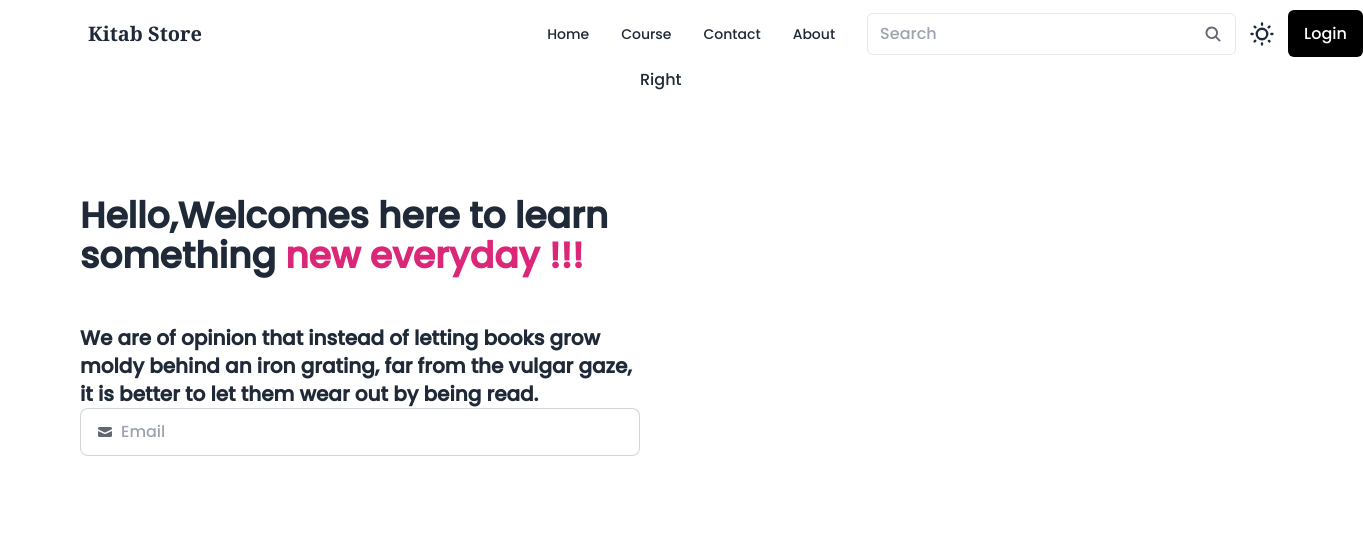
Repository: diensy/Kitab.com
Page: / (app in Frontend/)
The author's editor kept a copy of each file at every save. The page is drawn from the files as they stood at one save, then again after a run of saves.
The browser window is 1280 px wide. The page is 1363 px wide, so the pictures cover 1363 px, including what lies to the right of the window. The pictures show the whole page.
The project was rebuilt for these pictures with package versions that can differ from the ones it lists, and the page was loaded fresh each time. Also part of the build but not shown: Frontend/vite.config.js.

Above is the page before, as saved 2024-07-28 23:32:04.

### Frontend/src/App.jsx
import React from 'react'
import Navbar from './Components/Navbar'
import Banners from './Components/Banner'
const App = () => {
  return (
    <>
    <Navbar/>
    <Banners/>
    </>
  )
}

export default App

### Frontend/src/index.css
@import url("https://fonts.googleapis.com/css2?family=Fredoka:wght@300..700&family=Montserrat:ital,wght@0,100..900;1,100..900&family=Poppins:wght@500&display=swap");
@tailwind base;
@tailwind components;
@tailwind utilities;

body {
  font-family: "Poppins", sans-serif;
}

### Frontend/src/Components/Navbar.jsx
import React from "react";

const Navbar = () => {
  const navItems = (
    <>
      <li>
        <a>Home</a>
      </li>
      <li>
        <a>Course</a>
      </li>
      <li>
        <a>Contact</a>
      </li>
      <li>
        <a>About</a>
      </li>
    </>
  );
  return (
    <>
      <div className="max-w-screen-2xl container mx-auto md:px-20 px-4">
        <div className="navbar bg-base-100">
          <div className="navbar-start">
            <div className="dropdown">
              <div
                tabIndex={0}
                role="button"
                className="btn btn-ghost lg:hidden"
              >
                <svg
                  xmlns="http://www.w3.org/2000/svg"
                  className="h-5 w-5"
                  fill="none"
                  viewBox="0 0 24 24"
                  stroke="currentColor"
                >
                  <path
                    strokeLinecap="round"
                    strokeLinejoin="round"
                    strokeWidth="2"
                    d="M4 6h16M4 12h8m-8 6h16"
                  />
                </svg>
              </div>
              <ul
                tabIndex={0}
                className="menu menu-sm dropdown-content bg-base-100 rounded-box z-[1] mt-3 w-52 p-2 shadow"
              >
                {navItems}
              </ul>
            </div>
            <a className="text-xl font-bold cursor-pointer font-serif">
              Kitab Store
            </a>
          </div>
          <div className="nav-end space-x-3">
            <div className="navbar-center hidden lg:flex ">
              <ul className="menu menu-horizontal px-1">{navItems}</ul>
            </div>
            <div className="hidden md:block">
              <label className="flex items-center gap-2 border outline-none px-3 py-2 rounded-md">
                <input type="text" className="grow" placeholder="Search" />
                <svg
                  xmlns="http://www.w3.org/2000/svg"
                  viewBox="0 0 16 16"
                  fill="currentColor"
                  className="h-5 w-5 opacity-70"
                >
                  <path
                    fillRule="evenodd"
                    d="M9.965 11.026a5 5 0 1 1 1.06-1.06l2.755 2.754a.75.75 0 1 1-1.06 1.06l-2.755-2.754ZM10.5 7a3.5 3.5 0 1 1-7 0 3.5 3.5 0 0 1 7 0Z"
                    clipRule="evenodd"
                  />
                </svg>
              </label>
            </div>
            <label className="swap swap-rotate">
              {/* this hidden checkbox controls the state */}
              <input
                type="checkbox"
                className="theme-controller"
                value="synthwave"
              />

              {/* sun icon */}
              <svg
                className="swap-off h-7 w-7 fill-current"
                xmlns="http://www.w3.org/2000/svg"
                viewBox="0 0 24 24"
              >
                <path d="M5.64,17l-.71.71a1,1,0,0,0,0,1.41,1,1,0,0,0,1.41,0l.71-.71A1,1,0,0,0,5.64,17ZM5,12a1,1,0,0,0-1-1H3a1,1,0,0,0,0,2H4A1,1,0,0,0,5,12Zm7-7a1,1,0,0,0,1-1V3a1,1,0,0,0-2,0V4A1,1,0,0,0,12,5ZM5.64,7.05a1,1,0,0,0,.7.29,1,1,0,0,0,.71-.29,1,1,0,0,0,0-1.41l-.71-.71A1,1,0,0,0,4.93,6.34Zm12,.29a1,1,0,0,0,.7-.29l.71-.71a1,1,0,1,0-1.41-1.41L17,5.64a1,1,0,0,0,0,1.41A1,1,0,0,0,17.66,7.34ZM21,11H20a1,1,0,0,0,0,2h1a1,1,0,0,0,0-2Zm-9,8a1,1,0,0,0-1,1v1a1,1,0,0,0,2,0V20A1,1,0,0,0,12,19ZM18.36,17A1,1,0,0,0,17,18.36l.71.71a1,1,0,0,0,1.41,0,1,1,0,0,0,0-1.41ZM12,6.5A5.5,5.5,0,1,0,17.5,12,5.51,5.51,0,0,0,12,6.5Zm0,9A3.5,3.5,0,1,1,15.5,12,3.5,3.5,0,0,1,12,15.5Z" />
              </svg>

              {/* moon icon */}
              <svg
                className="swap-on h-7 w-7 fill-current"
                xmlns="http://www.w3.org/2000/svg"
                viewBox="0 0 24 24"
              >
                <path d="M21.64,13a1,1,0,0,0-1.05-.14,8.05,8.05,0,0,1-3.37.73A8.15,8.15,0,0,1,9.08,5.49a8.59,8.59,0,0,1,.25-2A1,1,0,0,0,8,2.36,10.14,10.14,0,1,0,22,14.05,1,1,0,0,0,21.64,13Zm-9.5,6.69A8.14,8.14,0,0,1,7.08,5.22v.27A10.15,10.15,0,0,0,17.22,15.63a9.79,9.79,0,0,0,2.1-.22A8.11,8.11,0,0,1,12.14,19.73Z" />
              </svg>
            </label>
            <div className="">
              <a className="bg-black text-white px-4 py-3 rounded-md hover:bg-slate-800 duration-300 cursor-pointer">
                Login
              </a>
            </div>
          </div>
        </div>
      </div>
    </>
  );
};

export default Navbar;

### Frontend/src/Components/Banner.jsx
import React from "react";

const Banner = () => {
  return (
    <>
      <div className="max-w-screen-2xl container mx-auto md:px-20 px-4 flex flex-col md:flex-row">
        <div className="w-full md:w-1/2 mt-12 md:mt-32">
          <div className="space-y-12">
            <h1 className="text-4xl font-bold">
              Hello,Welcomes here to learn something
              <span className="text-pink-600 "> new everyday !!!</span>
            </h1>
            <p className="font-semibold text-xl">
              We are of opinion that instead of letting books grow moldy behind
              an iron grating, far from the vulgar gaze, it is better to let
              them wear out by being read.
            </p>
          </div>
          <label className="input input-bordered flex items-center gap-2">
            <svg
              xmlns="http://www.w3.org/2000/svg"
              viewBox="0 0 16 16"
              fill="currentColor"
              className="h-4 w-4 opacity-70"
            >
              <path d="M2.5 3A1.5 1.5 0 0 0 1 4.5v.793c.026.009.051.02.076.032L7.674 8.51c.206.1.446.1.652 0l6.598-3.185A.755.755 0 0 1 15 5.293V4.5A1.5 1.5 0 0 0 13.5 3h-11Z" />
              <path d="M15 6.954 8.978 9.86a2.25 2.25 0 0 1-1.956 0L1 6.954V11.5A1.5 1.5 0 0 0 2.5 13h11a1.5 1.5 0 0 0 1.5-1.5V6.954Z" />
            </svg>
            <input type="text" className="grow" placeholder="Email" />
          </label>
        </div>
        <div className="w-full md:w-1/2">Right</div>
      </div>
    </>
  );
};

export default Banner;

Loaded but not shown: Frontend/index.html (common file); Frontend/src/main.jsx (common file); Frontend/tailwind.config.js (common file)

After the next 5 saves:
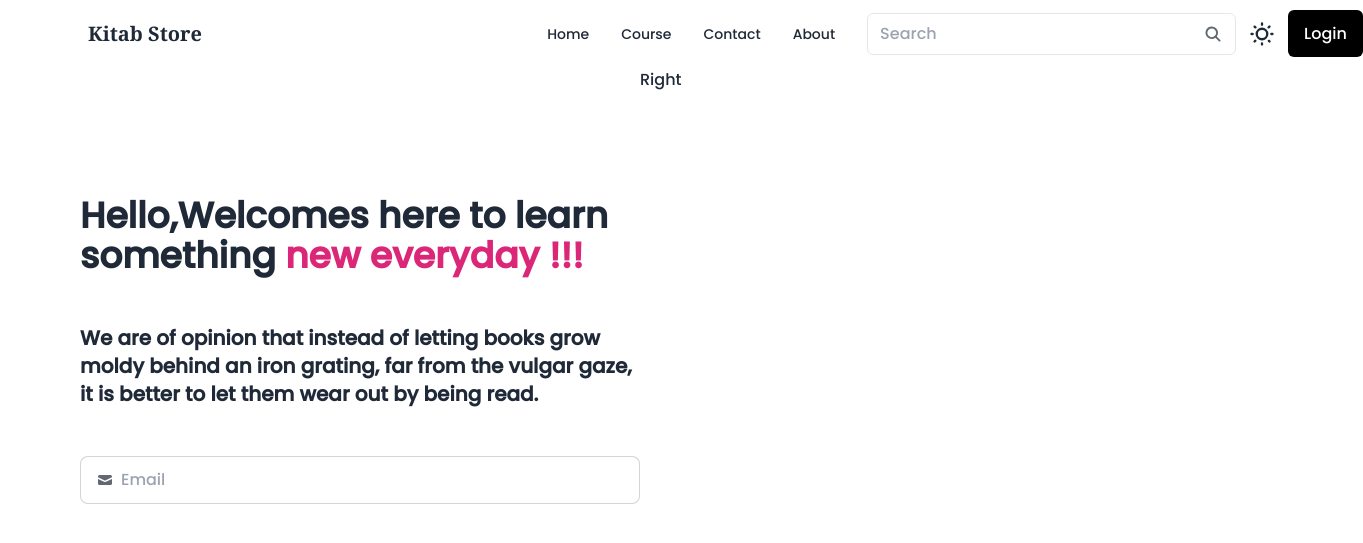
The 5 saves are shown as one change because they came seconds apart.
The last was saved 36 s later.
--- a/Frontend/src/Components/Banner.jsx
+++ b/Frontend/src/Components/Banner.jsx
@@ -16,7 +16,7 @@ const Banner = () => {
               them wear out by being read.
             </p>
           </div>
-          <label className="input input-bordered flex items-center gap-2">
+          <label className="input input-bordered flex items-center gap-2 mt-12">
             <svg
               xmlns="http://www.w3.org/2000/svg"
               viewBox="0 0 16 16"
